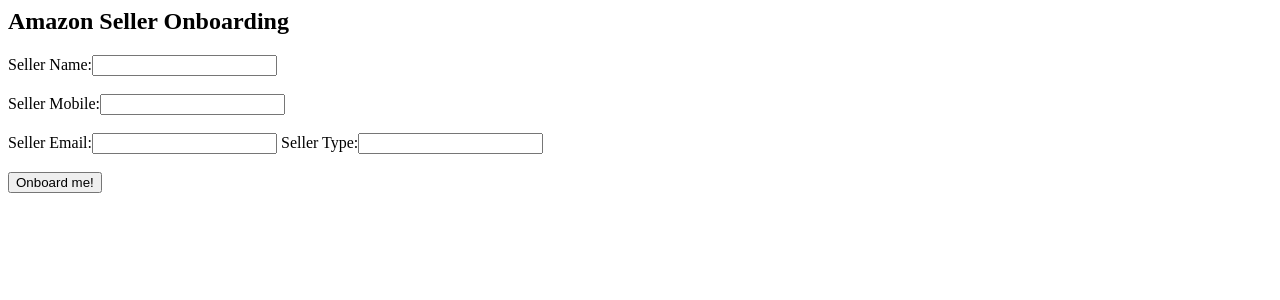
Repository: munnaksah/spring-framework-core
Page: http://localhost/Amazon-Reseller-Onboarding/
These files come from the project's save history. The page is drawn as it stood at one moment and after the next save; the edit follows.
The browser window is 1280 px wide. The pictures show the whole page.
The page is served by Tomcat 9. Other server files are loaded and not shown.

Above is the page before, as saved 2026-04-03 10:27:14.

### Amazon-Reseller-Onboarding/src/main/webapp/index.jsp
<html>
<body>
	<h2>Amazon Seller Onboarding</h2>

	<form action="onboarding"></form>


	Seller Name:<input type="text" name="sellerName"><br><br>

	 Seller Mobile:<input type="text" name="sellerMobile"><br><br>

	 Seller Email:<input type="text" name="sellerEmail">

	 Seller Type:<input type="text" name="sellerType"><br><br>

	<input type="submit" value="Onboard me!">

	</form>



</body>
</html>

After the next save:
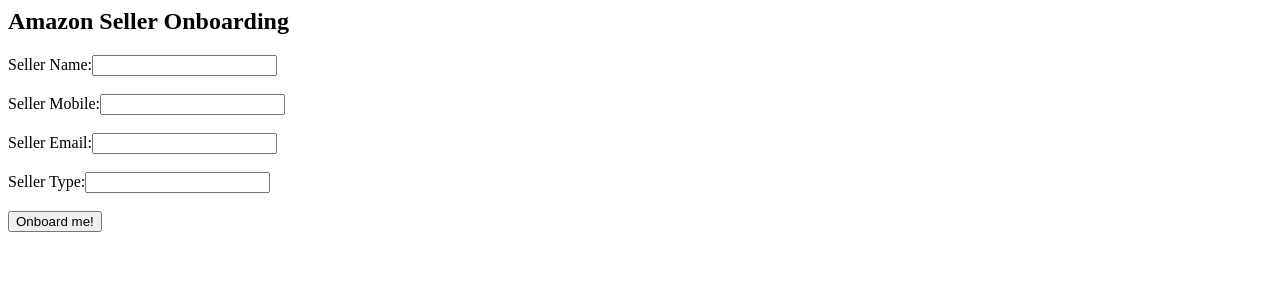
Saved 111 s later.
--- a/Amazon-Reseller-Onboarding/src/main/webapp/index.jsp
+++ b/Amazon-Reseller-Onboarding/src/main/webapp/index.jsp
@@ -9,7 +9,7 @@
 
 	 Seller Mobile:<input type="text" name="sellerMobile"><br><br>
 
-	 Seller Email:<input type="text" name="sellerEmail">
+	 Seller Email:<input type="text" name="sellerEmail"><br><br>
 
 	 Seller Type:<input type="text" name="sellerType"><br><br>
 
